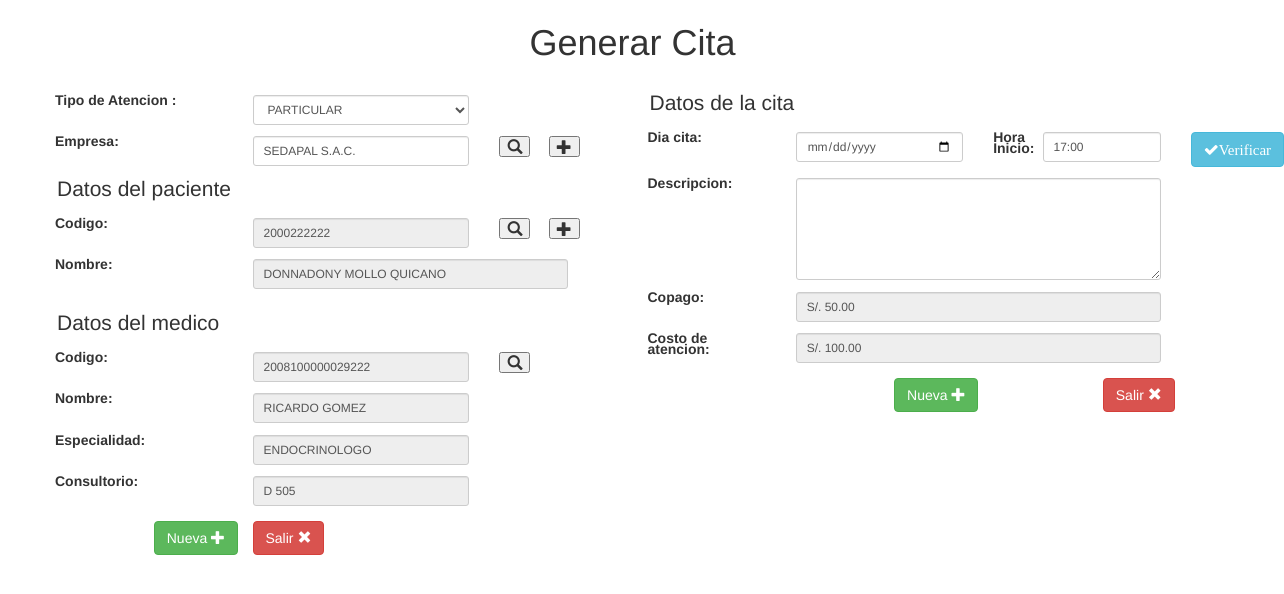
Repository: Donyx10/ADSII-ProyectoClinica
Page: http://localhost/AvanceWeb/GeneraCitaMedica.jsp
These files come from the project's save history. The page is drawn as it stood at one moment and after the next save; the edit follows.
The browser window is 1280 px wide. The page is 1284 px wide, so the pictures cover 1284 px, including what lies to the right of the window. The pictures show the whole page.
Some web fonts or font styles are not loaded; a fallback is used. The page is served by Tomcat 9.

Above is the page before, as saved 2018-06-04 05:59:03.

After the next save:
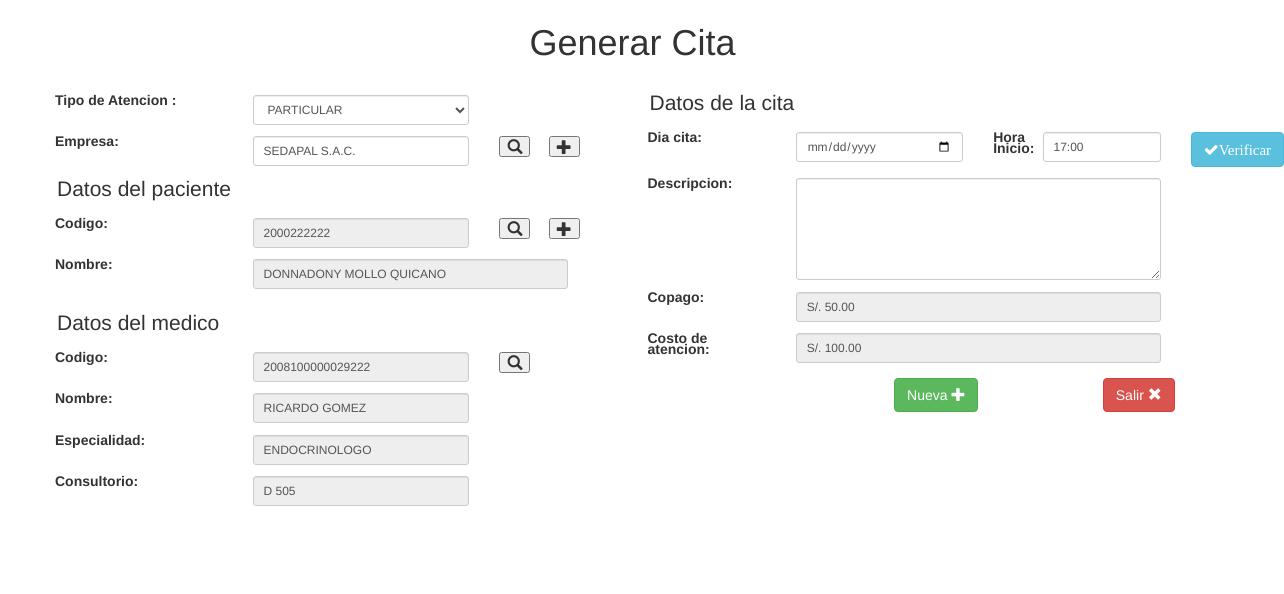
Saved 34 s later.
--- a/WebDemo/AvanceWeb/WebContent/GeneraCitaMedica.jsp
+++ b/WebDemo/AvanceWeb/WebContent/GeneraCitaMedica.jsp
@@ -164,19 +164,7 @@
 
 						</div>
 					</div>
-					<div class="form-group row" id="botones">
-						<div class="col-md-2" align="center"></div>
-						<div class="col-md-2" align="center">
-							<button type="submit" class="btn btn-success">
-								Nueva <span class="glyphicon glyphicon-plus"></span>
-							</button>
-						</div>
-						<div class="col-md-2" align="center">
-							<button type="submit" class="btn btn-danger">
-								Salir <span class="glyphicon glyphicon-remove"></span>
-							</button>
-						</div>
-					</div>
+
 				</div>
 				<div class="col-md-6" >
 					<div class="form-group row" id="medico"
